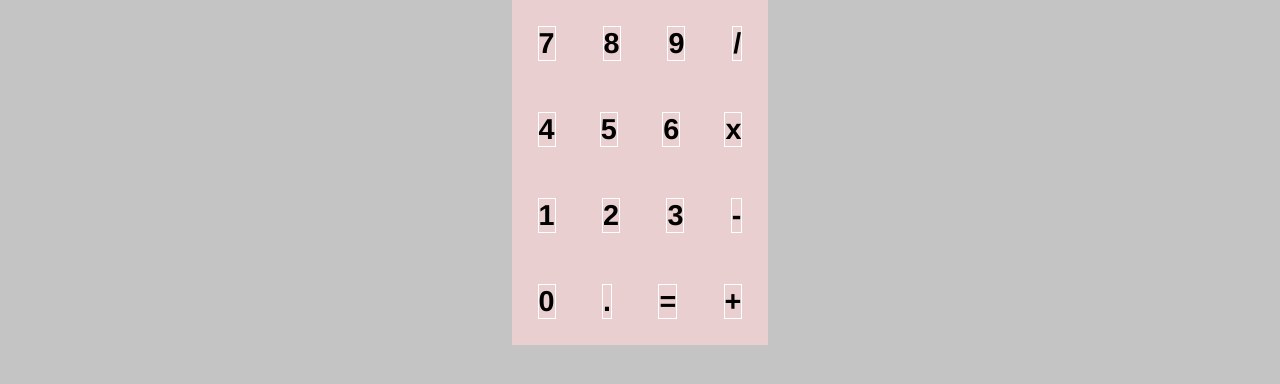
Repository: raulpenate/Calculadora-VUE3
Page: /
An editor plug-in stored every save of this project. The page is shown before and after the next save, followed by the edit.
The browser window is 1280 px wide. The pictures show the whole page.
The project was rebuilt for these pictures with package versions that can differ from the ones it lists, and the page was loaded fresh each time. Also part of the build but not shown: src/components/HelloWorld.vue.

Above is the page before, as saved 2022-03-11 08:29:38.

After the next save:
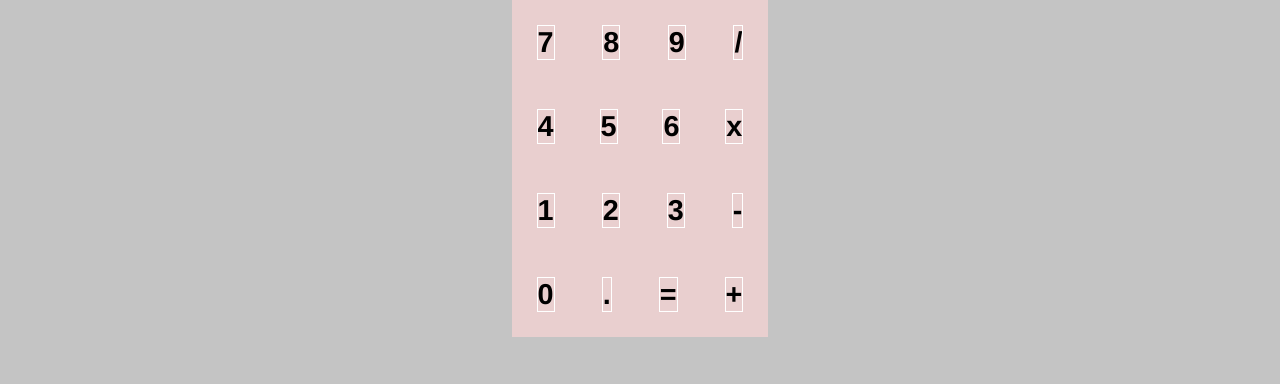
Saved 8 s later.
--- a/src/components/Calculator.vue
+++ b/src/components/Calculator.vue
@@ -60,7 +60,7 @@ body{
 }
 
 .boton{
-    border: 1px solid #fff;
+    outline: 1px solid #fff;
 }
 
 
